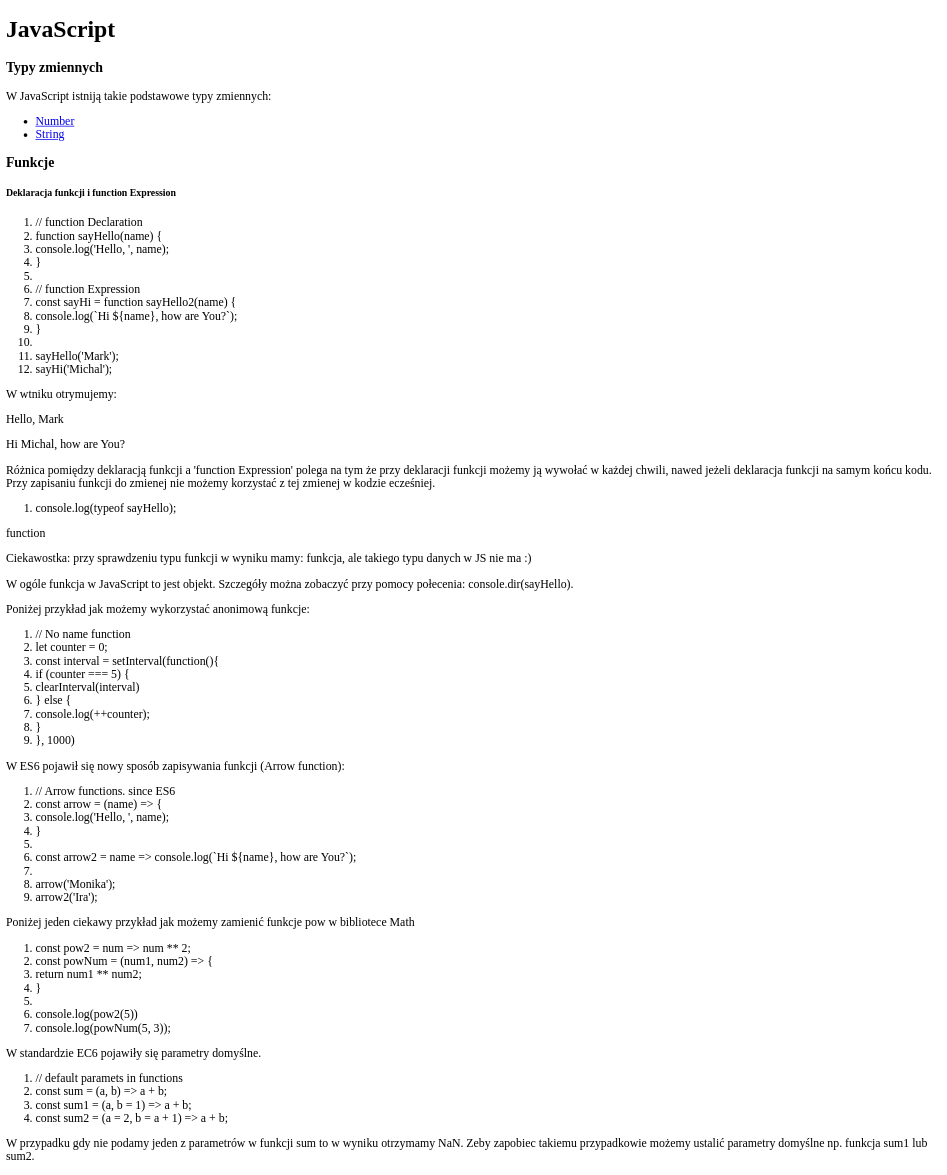
Repository: romanstetsiuk1/JS_learn
Page: noteJavaScript.html
The author's editor kept a copy of each file at every save. The page is drawn from the files as they stood at one save, then again after the next save.
The browser window is 1280 px wide. The pictures show the whole page, at 74% of full size.

Above is the page before, as saved 2020-09-08 15:28:23.

### noteJavaScript.html
<!DOCTYPE html>
<html lang="en, pl">
<head>
  <meta charset="UTF-8">
  <title>Java Script</title>
</head>
<body>

  <main>
    <h1>JavaScript</h1>

    <article>
      <h3>Typy zmiennych</h3>
      <p>W JavaScript istniją takie podstawowe typy zmiennych:</p>
      <ul>
        <li><a href="number.html">Number</a></li>
        <li><a href="stringType.html">String</a></li>
      </ul>
    </article>

    <article>
      <h3>Funkcje</h3>
      <h5>Deklaracja funkcji i function Expression</h5>
        <div class="vsCode">
          <ol>
            <li>// function Declaration</li>
            <li>function sayHello(name) {</li>
            <li>  console.log('Hello, ', name);</li>
            <li>}</li>
            <li></li>
            <li>// function Expression</li>
            <li>const sayHi = function sayHello2(name) {</li>
            <li>console.log(`Hi ${name}, how are You?`);</li>
            <li>}</li>
            <li></li>
            <li>sayHello('Mark');</li>
            <li>sayHi('Michal');</li>
          </ol>
        </div>
        <p>W wtniku otrymujemy:</p>
        <div class="resultInConsole">
          <p>Hello,  Mark</p>
          <p>Hi Michal, how are You?</p>
        </div>
        <p>Różnica pomiędzy deklaracją funkcji a 'function Expression'
          polega na tym że przy deklaracji funkcji możemy ją wywołać w
          każdej chwili, nawed jeżeli deklaracja funkcji na samym końcu
          kodu. Przy zapisaniu funkcji do zmienej nie możemy korzystać
          z tej zmienej w kodzie ecześniej.
        </p>
        <div class="vsCode">
          <ol>
            <li>console.log(typeof sayHello);</li>
          </ol>
        </div>
        <div class="resultInConsole">
          <p>function</p>
        </div>
        <p>Ciekawostka: przy sprawdzeniu typu funkcji w wyniku mamy: funkcja,
          ale takiego typu danych w JS nie ma :)
        </p>
        <p>W ogóle funkcja w JavaScript to jest objekt. Szczegóły można zobaczyć
          przy pomocy połecenia: console.dir(sayHello).
        </p>

        <p>Poniżej przykład jak możemy wykorzystać anonimową funkcje:</p>
        <div class="vsCode">
          <ol>
            <li>// No name function</li>
            <li>let counter = 0;</li>
            <li>const interval = setInterval(function(){</li>
            <li>if (counter === 5) {</li>
            <li>clearInterval(interval)</li>
            <li>} else {</li>
            <li>console.log(++counter);</li>
            <li>}</li>
            <li>}, 1000)</li>
          </ol>
        </div>

        <p>W ES6 pojawił się nowy sposób zapisywania funkcji (Arrow function):</p>
        <div class="vsCode">
          <ol>
            <li>// Arrow functions. since ES6</li>
            <li>const arrow = (name) => {</li>
            <li>console.log('Hello, ', name);</li>
            <li>}</li>
            <li></li>
            <li>const arrow2 = name => console.log(`Hi ${name}, how are You?`);</li>
            <li></li>
            <li>arrow('Monika');</li>
            <li>arrow2('Ira');</li>
          </ol>
        </div>

        <p>Poniżej jeden ciekawy przykład jak możemy zamienić funkcje pow w
          bibliotece Math
        </p>
        <div class="vsCode">
          <ol>
            <li>const pow2 = num => num ** 2;</li>
            <li>const powNum = (num1, num2) => {</li>
            <li>return num1 ** num2;</li>
            <li>}</li>
            <li></li>
            <li>console.log(pow2(5))</li>
            <li>console.log(powNum(5, 3));</li>
          </ol>
        </div>

        <p>W standardzie EC6 pojawiły się parametry domyślne.</p>
        <div class="vsCode">
          <ol>
            <li>// default paramets in functions</li>
            <li>const sum = (a, b) => a + b;</li>
            <li>const sum1 = (a, b = 1) => a + b;</li>
            <li>const sum2 = (a = 2, b = a + 1) => a + b;</li>
          </ol>
        </div>
        <p>W przypadku gdy nie podamy jeden z parametrów w funkcji sum
          to w wyniku otrzymamy NaN. Zeby zapobiec takiemu przypadkowie
          możemy ustalić parametry domyślne np. funkcja sum1 lub sum2.
        </p>

    </article>

  </main>


  <script src="functionExample.js"></script>
</body>
</html>

### functionExample.js
// function Declaration
function sayHello(name) {
  console.log('Hello, ', name);
}

// function Expression
const sayHi = function sayHello2(name) {
  console.log(`Hi ${name}, how are You?`);
}

sayHello('Mark');
sayHi('Michal');

console.log(typeof sayHello);

// No name function
let counter = 0;
const interval = setInterval(function(){
  if (counter === 5) {
    clearInterval(interval)
  } else {
    console.log(++counter);
  }
}, 1000)

// Arrow functions. since ES6
const arrow = (name) => {
  console.log('Hello, ', name);
}

const arrow2 = name => console.log(`Hi ${name}, how are You?`);

arrow('Monika');
arrow2('Ira');

const pow2 = num => num ** 2;
const powNum = (num1, num2) => {
  return num1 ** num2;
}
console.log(pow2(5))
console.log(powNum(5, 3));

// default paramets in functions
const sum = (a, b) => a + b;
const sum1 = (a, b = 1) => a + b;
const sum2 = (a = 2, b = a + 1) => a + b;

console.log(sum(2));
console.log(sum1(2));
console.log(sum2());

// use all parametrs in functions
function sumAll(...all){
  console.log(all);
}
sumAll(1,2,3,4,5,6,7,8,9);

After the next save:
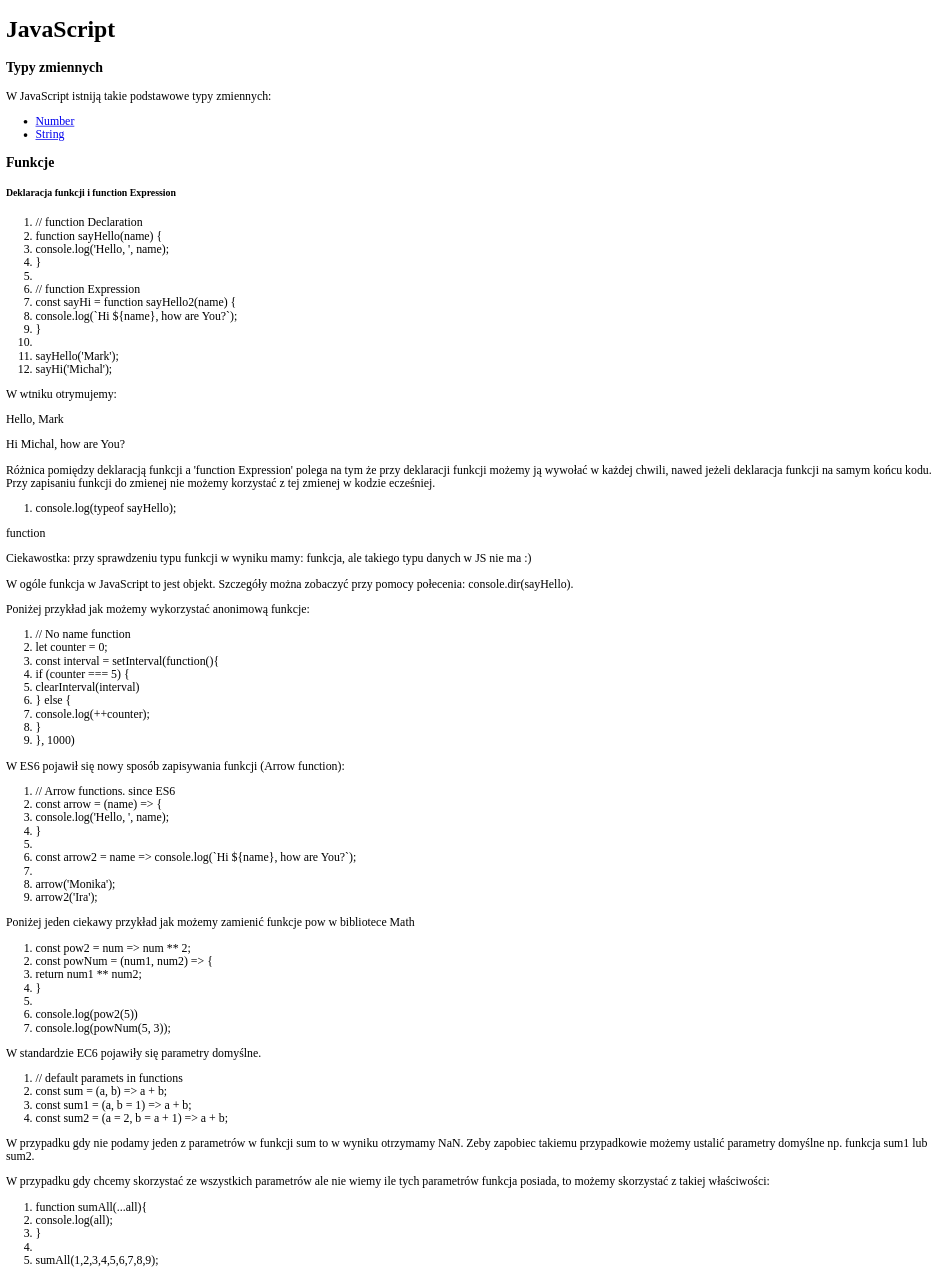
Saved 19 min 1 s later.
--- a/noteJavaScript.html
+++ b/noteJavaScript.html
@@ -122,6 +122,19 @@
           możemy ustalić parametry domyślne np. funkcja sum1 lub sum2.
         </p>
 
+        <p>W przypadku gdy chcemy skorzystać ze wszystkich parametrów ale nie wiemy
+          ile tych parametrów funkcja posiada, to możemy skorzystać z takiej właściwości:
+        </p>
+        <div class="vsCode">
+          <ol>
+            <li>function sumAll(...all){</li>
+            <li>console.log(all);</li>
+            <li>}</li>
+            <li></li>
+            <li>sumAll(1,2,3,4,5,6,7,8,9);</li>
+          </ol>
+        </div>
+
     </article>
 
   </main>
